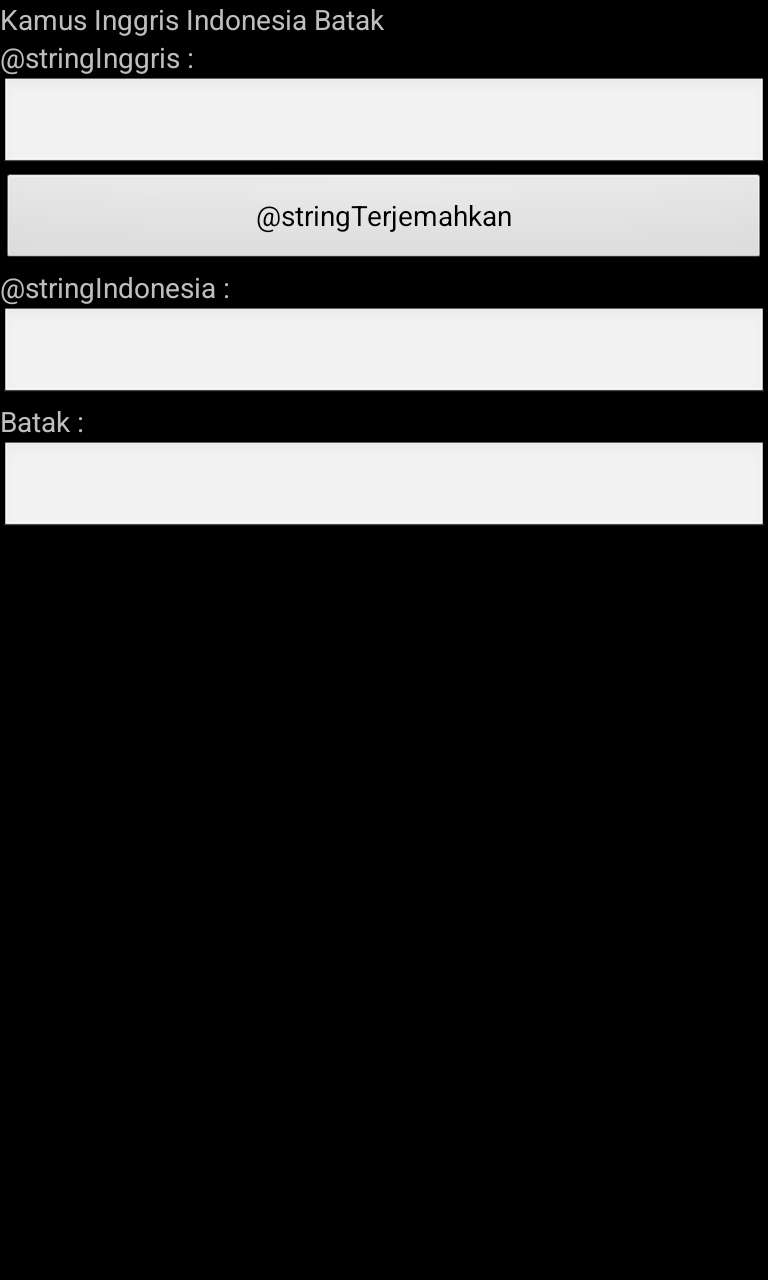
Repository: AndenWano/kamusbahasaindonesia
Layout: KamusKomputer/Kamus/res/layout/activity_show_kamus.xml
These files come from the project's save history. The layout is drawn as it stood at one moment and after a run of saves; the edit follows.
It is drawn on a 768 x 1280 px phone screen (xhdpi) without system bars, with theme android:Theme; the app's code is not run.

Above is the layout before, as saved 2014-12-21 10:17:42.

After the next 2 saves:
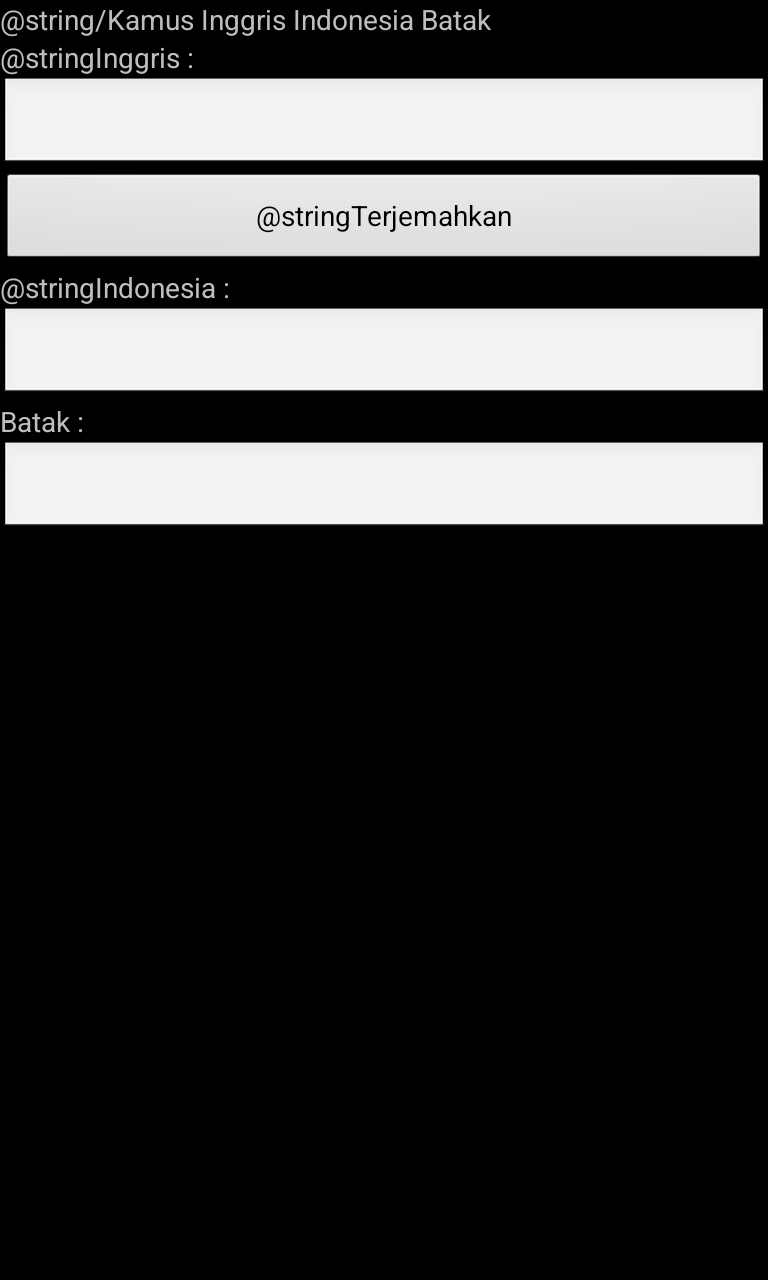
The 2 saves are shown as one change because they came seconds apart.
The last was saved 48 s later.
--- a/KamusKomputer/Kamus/res/layout/activity_show_kamus.xml
+++ b/KamusKomputer/Kamus/res/layout/activity_show_kamus.xml
@@ -8,7 +8,7 @@ android:layout_height="fill_parent"
 <TextView
 android:layout_width="fill_parent"
 android:layout_height="wrap_content"
-android:text="Kamus Inggris Indonesia Batak"
+android:text="@string/Kamus Inggris Indonesia Batak"
 />
 <TextView
 android:text="@stringInggris :"
